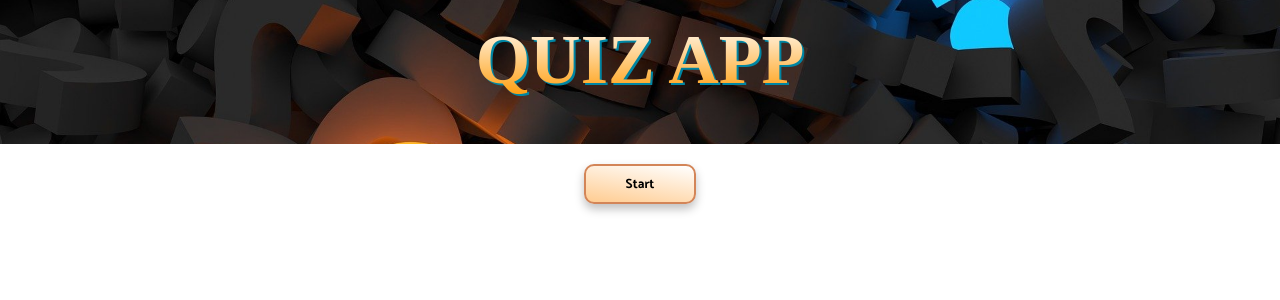
Repository: KrzysKolo/quizAPP
Page: /
The author's editor kept a copy of each file at every save. The page is drawn from the files as they stood at one save, then again after the next save.
The browser window is 1280 px wide. The pictures show the whole page.
The project was rebuilt for these pictures with package versions that can differ from the ones it lists, and the page was loaded fresh each time. Also part of the build but not shown: src/components/QuestionCard.style.ts, src/components/QuestionCard.tsx, src/components/Loading.style.ts, src/components/Loading.tsx.

Above is the page before, as saved 2021-04-25 00:52:59.

### public/index.html
<!DOCTYPE html>
<html lang="en">
  <head>
    <meta charset="utf-8" />
    <link rel="icon" href="%PUBLIC_URL%/favicon.ico" />
    <meta name="viewport" content="width=device-width, initial-scale=1" />
    <meta name="theme-color" content="#000000" />
    <meta
      name="description"
      content="Web site created using create-react-app"
    />
    <link rel="apple-touch-icon" href="%PUBLIC_URL%/logo192.png" />
    <!--
      manifest.json provides metadata used when your web app is installed on a
      user's mobile device or desktop. See https://developers.google.com/web/fundamentals/web-app-manifest/
    -->
    <link rel="manifest" href="%PUBLIC_URL%/manifest.json" />
    <!--
      Notice the use of %PUBLIC_URL% in the tags above.
      It will be replaced with the URL of the `public` folder during the build.
      Only files inside the `public` folder can be referenced from the HTML.

      Unlike "/favicon.ico" or "favicon.ico", "%PUBLIC_URL%/favicon.ico" will
      work correctly both with client-side routing and a non-root public URL.
      Learn how to configure a non-root public URL by running `npm run build`.
    -->
    <link rel="preconnect" href="https://fonts.gstatic.com">
<link href="https://fonts.googleapis.com/css2?family=Catamaran:wght@700&family=Roboto&display=swap" rel="stylesheet">
    <title>Quiz App</title>
  </head>
  <body>
    <noscript>You need to enable JavaScript to run this app.</noscript>
    <div id="root"></div>
    <!--
      This HTML file is a template.
      If you open it directly in the browser, you will see an empty page.

      You can add webfonts, meta tags, or analytics to this file.
      The build step will place the bundled scripts into the <body> tag.

      To begin the development, run `npm start` or `yarn start`.
      To create a production bundle, use `npm run build` or `yarn build`.
    -->
  </body>
</html>

### src/App.tsx
import React, { useState } from 'react'
import QuestionCard from './components/QuestionCard';
import Loading from './components/Loading';
import { fetchQuizQuestions } from './API';
import { QuestionState, Difficulty } from './API';
import { GlobalStyle, Wrapper } from './App.style';

export interface AnswerObject  {
  question: string;
  answer: string;
  correct: boolean;
  correctAnswer: string;
}

const TOTAL_QUESTIONS = 10;

const App = () => {
  const [loading, setLoading] = useState(false);
  const [questions, setQuestions] = useState<QuestionState[]>([]);
  const [number, setNumber] = useState(0);
  const [userAnswers, setUserAnswers] = useState<AnswerObject[]>([]);
  const [score, setScore] = useState(0);
  const [gameOver, setGameOver] = useState(true);

  console.log(questions);

  const startTrivia = async () => {
    setLoading(true);
    setGameOver(false);

    const newQuestions = await fetchQuizQuestions(
      TOTAL_QUESTIONS,
      Difficulty.EASY
    );

    setQuestions(newQuestions);
    setScore(0);
    setUserAnswers([]);
    setNumber(0);
    setLoading(false);
  };


  const checkAnswer = (e: React.MouseEvent<HTMLButtonElement>) => {
    if (!gameOver) {
      const answer = e.currentTarget.value;
      const correct = questions[number].correct_answer === answer;
      if (correct) setScore(prev => prev + 1);
      const answerObject = {
        question: questions[number].question,
        answer,
        correct,
        correctAnswer: questions[number].correct_answer,
      }
      setUserAnswers((prev) => [...prev, answerObject])
    }
  };
  const nextQuestion = () => {
    const nextQuestion = number + 1;
    if (nextQuestion === TOTAL_QUESTIONS) {
      setGameOver(true);
    } else {
      setNumber(nextQuestion);
    }

  };
   return (
    <>
      <GlobalStyle />
      <Wrapper>
        <section className="header">
          <h1>QUIZ APP</h1>
        </section>
      {gameOver || userAnswers.length === TOTAL_QUESTIONS ? (
        <button className="start" onClick={startTrivia}>
          Start
        </button>
      ): null}
        {!gameOver ? <p className="score">Score: {score} </p> : null}
        { loading && <Loading/>  }
        { !loading && !gameOver && (<QuestionCard
        questionNr={number + 1}
        totalQuestions={TOTAL_QUESTIONS}
        question={questions[number].question}
        answers={questions[number].answers}
        userAnswer={userAnswers ? userAnswers[number] : undefined}
        callback={checkAnswer}

      />)}
        {!gameOver && !loading && userAnswers.length === number + 1 && number !== TOTAL_QUESTIONS - 1 ? (
          <button className='next' onClick={nextQuestion}>
            Next Question
          </button>
        ) : null}
      </Wrapper>
      </>
  )
}

export default App

### src/API.ts
import { shuffleArray } from './utils';
export interface Question  {
  category: string;
  correct_answer: string;
  difficulty: string;
  incorrect_answers: string[];
  question: string;
  type: string;
};

export enum Difficulty {
  EASY = "easy",
  MEDIUM = "medium",
  HARD = "hard",
}

export type QuestionState = Question & { answers: string[] };

export const fetchQuizQuestions = async (amount: number, difficulty: Difficulty): Promise<QuestionState[]> => {
  const request = `https://opentdb.com/api.php?amount=${amount}&difficulty=${difficulty}&type=multiple`;
 console.log(request)
  const data = await (await fetch(request)).json();
  return data.results.map((question: Question) => ({
    ...question,
    answers: shuffleArray([...question.incorrect_answers, question.correct_answer])
  }))
};

### src/App.style.ts
import styled, { createGlobalStyle } from 'styled-components';

import BGImage from './images/question-mark-2492009_1920.jpg';

export const GlobalStyle = createGlobalStyle`
  html {
    height: 100vh;

  }

    body {

      margin: 0;
      padding: 0 20px;
      display: flex;
      justify-content: center;
    }
    *{
      box-sizing: border-box;
      font-family: 'Catamaran', sans-serif;

    }
`;

export const Wrapper = styled.div`
  display: flex;
  flex-direction: column;
  align-items: center;

  > p {
    color: #000;
  }

  .header {
    background-image: url(${BGImage});
    background-size: cover;
    background-position: center;
    height: 20vh;
    width: 100vw;
  }
  .score {
    color: #fff;
    font-size: 2rem;
    margin: 0;
  }
  h1 {
    font-family: Fascinate Inline;
    background-image: linear-gradient(180deg, #fff, #ff9800);
    background-size: 100%;
    background-clip: text;
    -webkit-background-clip: text;
    -webkit-text-fill-color: transparent;
    -moz-background-clip: text;
    -moz-text-fill-color: transparent;
    filter: drop-shadow(2px 2px #0085a3);
    font-size: 70px;
    text-align: center;
    margin: 20px;
  }
  .start, .next {
    cursor: pointer;
    background: linear-gradient(189deg, #fff, #ffcc91);
    border: 2px solid #d38558;
    box-shadow: 0px 5px 10px rgba(0, 0, 0, .25);
    border-radius: 10px;
    height: 40px;
    margin: 20px 0;
    padding: 0 40px;
  }
  .start {
    max-width: 200px;
  }
`;

### src/utils.ts
export const shuffleArray = (array: any[]) =>
[...array].sort(() => Math.random() - 0.5)

Loaded but not shown: src/index.tsx (common file); src/index.css (common file)

After the next save:
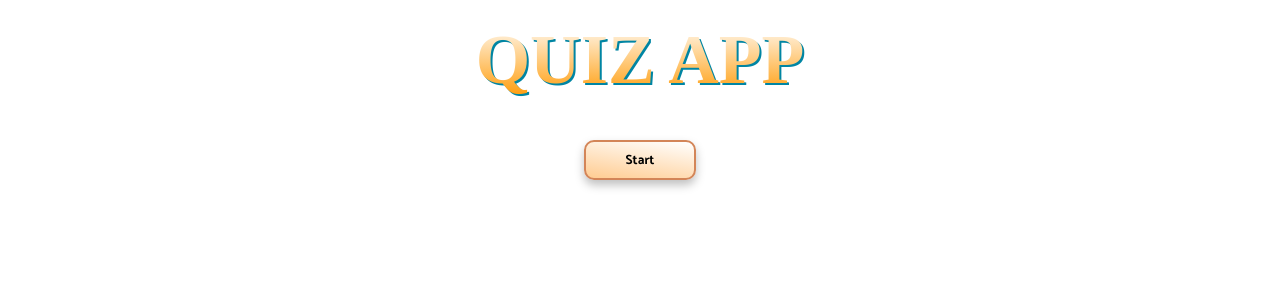
Saved 36 s later.
--- a/src/App.style.ts
+++ b/src/App.style.ts
@@ -31,13 +31,7 @@
     color: #000;
   }
 
-  .header {
-    background-image: url(${BGImage});
-    background-size: cover;
-    background-position: center;
-    height: 20vh;
-    width: 100vw;
-  }
+
   .score {
     color: #fff;
     font-size: 2rem;

After the 2 saves that followed:
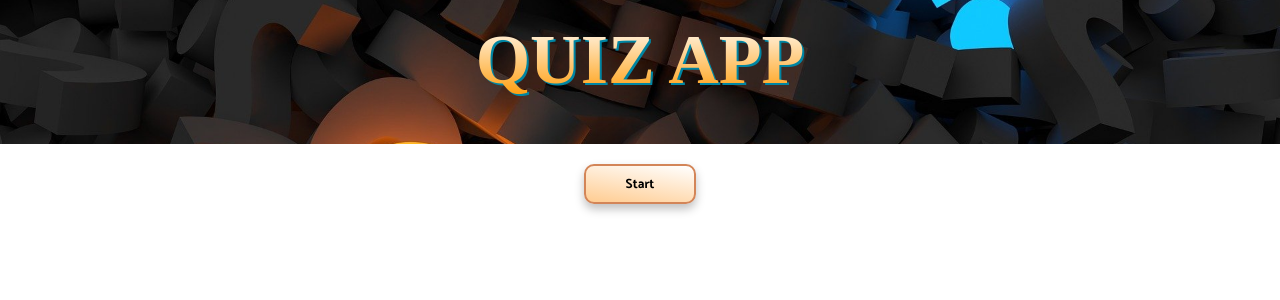
The 2 saves are shown as one change because 1 left the picture as it was.
The last was saved 81 s later.
--- a/src/App.style.ts
+++ b/src/App.style.ts
@@ -30,10 +30,16 @@
   > p {
     color: #000;
   }
-
+  .header {
+    background-image: url(${BGImage});
+    background-size: cover;
+    background-position: center;
+    height: 20vh;
+    width: 100vw;
+  }
 
   .score {
-    color: #fff;
+    color: #000;
     font-size: 2rem;
     margin: 0;
   }
